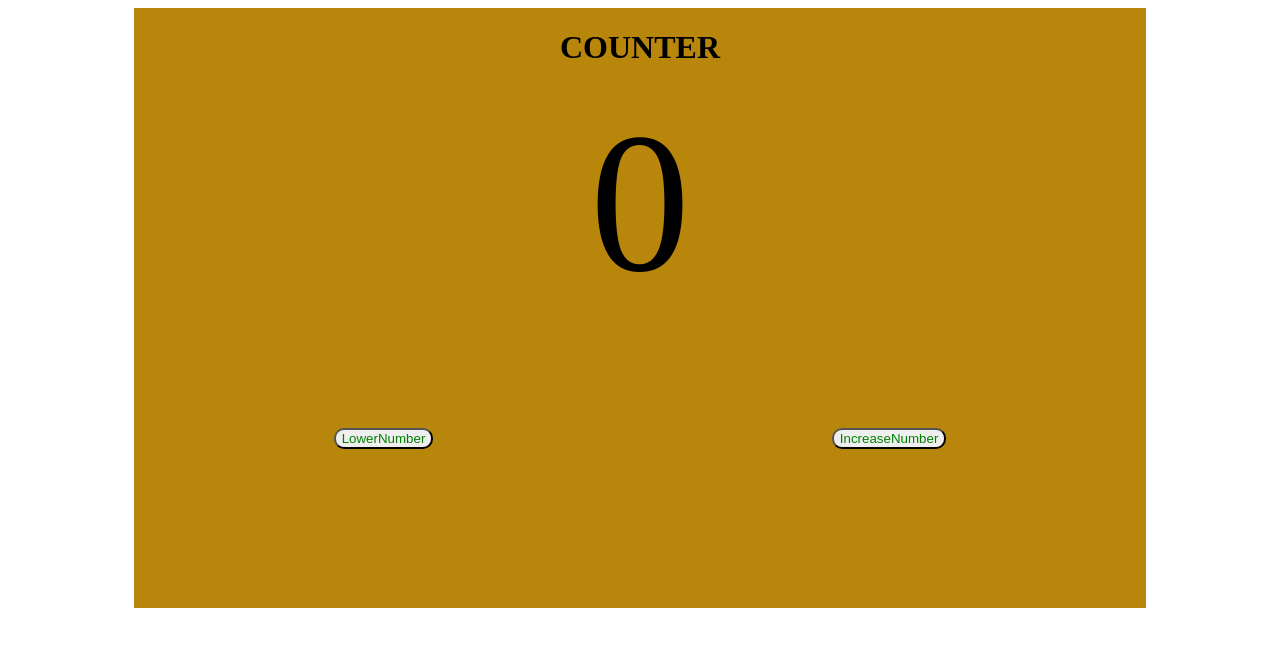
Repository: Sgalstyan06/counterNum
Page: index.html
The author's editor kept a copy of each file at every save. The page is drawn from the files as they stood at one save, then again after the next save.
The browser window is 1280 px wide. The pictures show the whole page.
After loading, the first visible `button.IncreaseNumber` was clicked once.

Above is the page before, as saved 2022-02-14 17:20:07.

After the next save:
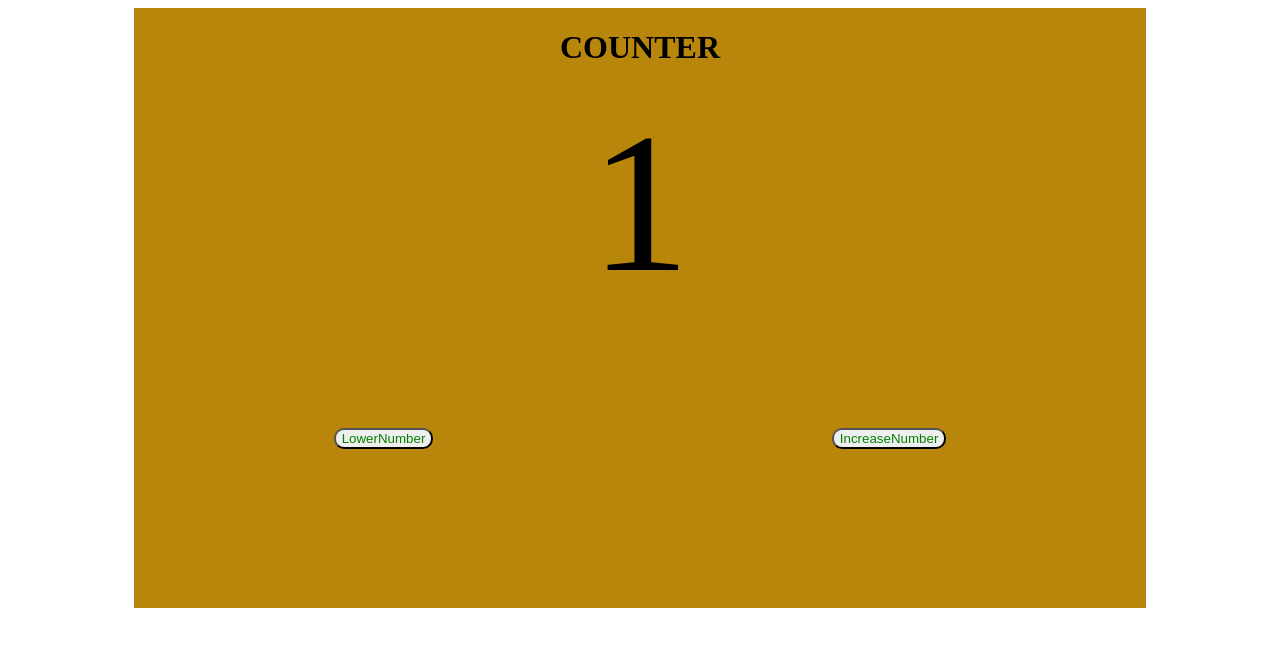
Saved 17 s later.
--- a/script.js
+++ b/script.js
@@ -15,5 +15,5 @@ increase.addEventListener("click",function(){
    // result++;
    console.log(result);
 
-    result.innerHTML = ++result;
+   document.querySelector(".result").innerHTML = ++result;
 })
